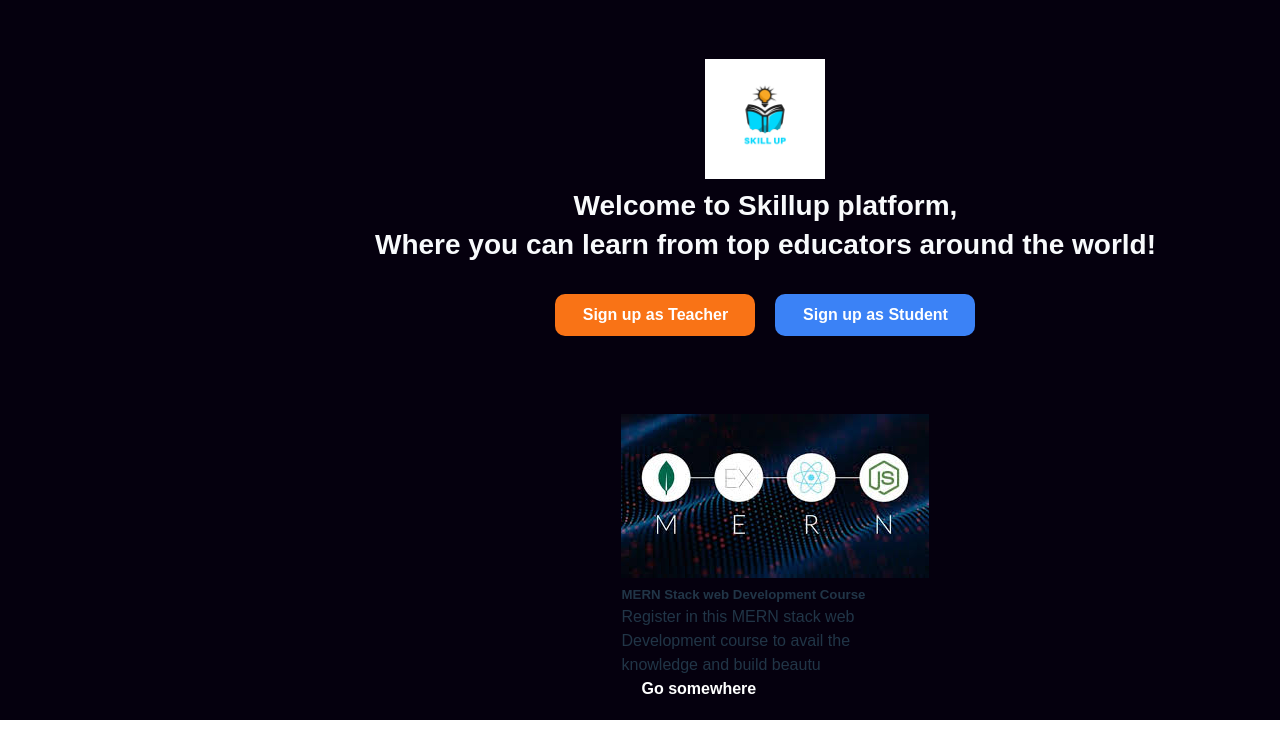
Repository: gowtham-jo/Learning-Management-System
Page: /
The author's editor kept a copy of each file at every save. The page is drawn from the files as they stood at one save, then again after the next save.
The browser window is 1280 px wide. The page is 1281 px wide, so the pictures cover 1281 px, including what lies to the right of the window. The pictures show the whole page.
The project was rebuilt for these pictures with package versions that can differ from the ones it lists, and the page was loaded fresh each time. Also part of the build but not shown: vite.config.js, src/StudentRegistration.jsx, src/TeacherRegistration.jsx.

Above is the page before, as saved 2026-01-27 19:58:40.

### index.html
<!doctype html>
<html lang="en">
  <head>
    <meta charset="UTF-8" />
    <link rel="icon" type="image/svg+xml" href="/vite.svg" />
    <meta name="viewport" content="width=device-width, initial-scale=1.0" />
    <title>lms</title>
  </head>
  <body>
    <div id="root"></div>
    <script type="module" src="/src/main.jsx"></script>
  </body>
</html>

### src/App.jsx
import React from "react";
import "./App.css";
import Homepage from "./Homepage.jsx";
import { Routes, Route } from "react-router-dom";
import StudentRegistration from "./StudentRegistration.jsx";
import TeacherRegistration from "./TeacherRegistration.jsx";


import { useNavigate } from "react-router-dom";

const App = () => {
  return (
    <Routes>
      <Route path="/" element={<Homepage />} />
      <Route
        path="/student-registration"
        element={<StudentRegistration />}

      />
      <Route path="/teacher-registration" element={<TeacherRegistration />} />
    </Routes>
  );
};

export default App;

### src/index.css
*{
  margin:0;
  padding:0;
  box-sizing: border-box;
}
html,body,#root{
  height:100%;
}
:root {
  font-family: system-ui, Avenir, Helvetica, Arial, sans-serif;
  line-height: 1.5;
  font-weight: 400;

  color-scheme: light dark;
  color: rgba(255, 255, 255, 0.87);
  background-color: #242424;

  font-synthesis: none;
  text-rendering: optimizeLegibility;
  -webkit-font-smoothing: antialiased;
  -moz-osx-font-smoothing: grayscale;
}

a {
  font-weight: 500;
  color: #646cff;
  text-decoration: inherit;
}
a:hover {
  color: #535bf2;
}

body {
  margin: 0;
  display: flex;
  place-items: center;
  min-width: 320px;
  min-height: 100vh;
}

h1 {
  font-size: 3.2em;
  line-height: 1.1;
}

button {
  border-radius: 8px;
  border: 1px solid transparent;
  padding: 0.6em 1.2em;
  font-size: 1em;
  font-weight: 500;
  font-family: inherit;
  background-color: #1a1a1a;
  cursor: pointer;
  transition: border-color 0.25s;
}
button:hover {
  border-color: #646cff;
}
button:focus,
button:focus-visible {
  outline: 4px auto -webkit-focus-ring-color;
}

@media (prefers-color-scheme: light) {
  :root {
    color: #213547;
    background-color: #ffffff;
  }
  a:hover {
    color: #747bff;
  }
  button {
    background-color: #f9f9f9;
  }
}

### src/App.css
body {
  background-color: #05000e;
  font-family: Arial, sans-serif;
}

/* FULL-PAGE CENTERING */
.home-container {
  height: 100%;
  width: 100%;
  margin-top: 20px;
  margin-left:250px;

  display: grid;
  place-items: center; /* PERFECT center (x + y) */
}

/* Inner content wrapper */
.home-content {
  text-align: center;
}

/* Heading */
#heading {
  max-width: 1000px;
  color: #f8fafc;
  font-size: 28px;
  font-weight: 600;
  line-height: 1.4;
  margin-bottom: 30px;
}

/* Buttons */
.buttons {
  display: flex;
  gap: 20px;
  justify-content: center;
}

.btn {
  width: 200px;
  padding: 12px 20px;
  font-size: 16px;
  font-weight: 600;
  color: white;
  border: none;
  border-radius: 10px;
  cursor: pointer;
}

.orange { background-color: #f97316; }
.blue   { background-color: #3b82f6; }
.student-registration{
  display: flex;
  justify-content: center;
  align-items: center;
}
/*student-registration-container styling*/
.page-center {
  display: flex;
  height: 100vh;
  justify-content: center;
  align-items: center;
  width: 100vw;

}
.form-container {
  background-color: black;
  padding: 40px;
  border-radius: 10px;
  box-shadow: 0 4px 6px rgba(0, 0, 0, 0.1);
  width: 400px;
}

### src/Homepage.jsx
import React from "react";
import { useNavigate } from "react-router-dom";
import Skillup from "../src/assets/Skillup.png";
import mern from "./assets/mern.jpg";

const Homepage = () => {
  const navigate = useNavigate();

  return (
    <div className="home-container">
      <div className="home-content">
        <img src={Skillup} alt="Logo" width="120" />
        <div id="heading">
          Welcome to Skillup platform,
          <br />
          Where you can learn from top educators around the world!
        </div>

        <div className="buttons">
          <button
            className="btn orange"
            onClick={() => navigate("/teacher-registration")}
          >
            Sign up as Teacher
          </button>

          <button
            className="btn blue"
            onClick={() => navigate("/student-registration")}
          >
            Sign up as Student
          </button>

        </div>
      </div>
      <div className="card" style={{ width: "18rem" }}>
        <img src={mern} className="card-img-top" alt="..." />
          <div className="card-body">
            <h5 className="card-title">MERN Stack web Development Course</h5>
            <p className="card-text">Register in this MERN stack web Development course to avail the knowledge and build beautu</p>
            <a href="#" className="btn btn-primary">Go somewhere</a>
          </div>
      </div>
    </div>
  );
};

export default Homepage;

Loaded but not shown: src/main.jsx (common file)

After the next save:
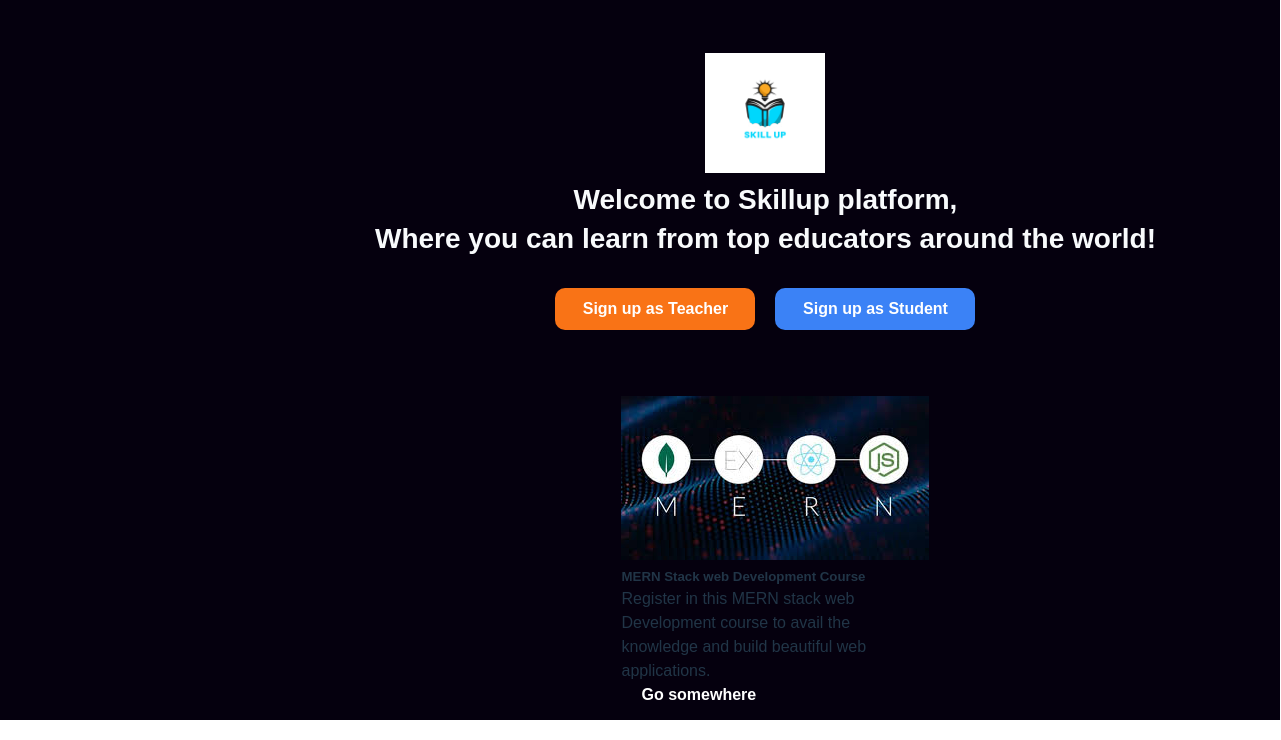
Saved 4 s later.
--- a/src/Homepage.jsx
+++ b/src/Homepage.jsx
@@ -37,7 +37,7 @@ const Homepage = () => {
         <img src={mern} className="card-img-top" alt="..." />
           <div className="card-body">
             <h5 className="card-title">MERN Stack web Development Course</h5>
-            <p className="card-text">Register in this MERN stack web Development course to avail the knowledge and build beautu</p>
+            <p className="card-text">Register in this MERN stack web Development course to avail the knowledge and build beautiful web applications.</p>
             <a href="#" className="btn btn-primary">Go somewhere</a>
           </div>
       </div>
